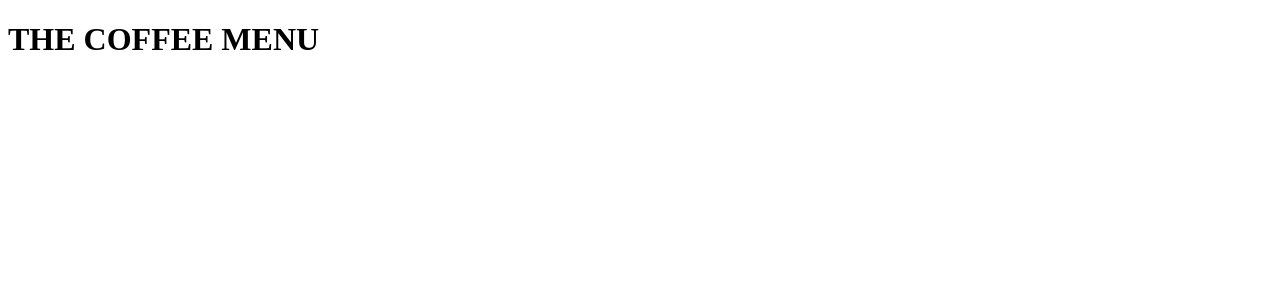
Repository: giahuy405/HomeWork_Coffee
Page: coffee.html
These files come from the project's save history. The page is drawn as it stood at one moment and after the next save; the edit follows.
The browser window is 1280 px wide. The pictures show the whole page.

Above is the page before, as saved 2022-09-07 12:01:02.

### coffee.html
<!DOCTYPE html>
<html lang="en">
<head>
    <meta charset="UTF-8">
    <meta http-equiv="X-UA-Compatible" content="IE=edge">
    <meta name="viewport" content="width=device-width, initial-scale=1.0">
    <title>Document</title>
    <link rel="stylesheet" href="./css/coffee.css">
</head>
<body>
    <h1>THE COFFEE MENU</h1>
</body>
</html>

Loaded but not shown: css/coffee.css (no stored copy; drawn as an empty file)

After the next save:
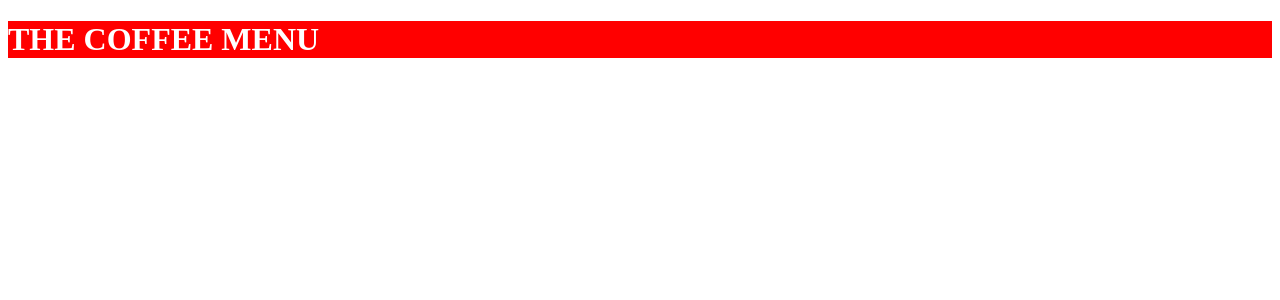
Saved 14 s later.
--- a/coffee.html
+++ b/coffee.html
@@ -8,6 +8,6 @@
     <link rel="stylesheet" href="./css/coffee.css">
 </head>
 <body>
-    <h1>THE COFFEE MENU</h1>
+    <h1 style="background-color:red;color:white">THE COFFEE MENU</h1>
 </body>
 </html>
